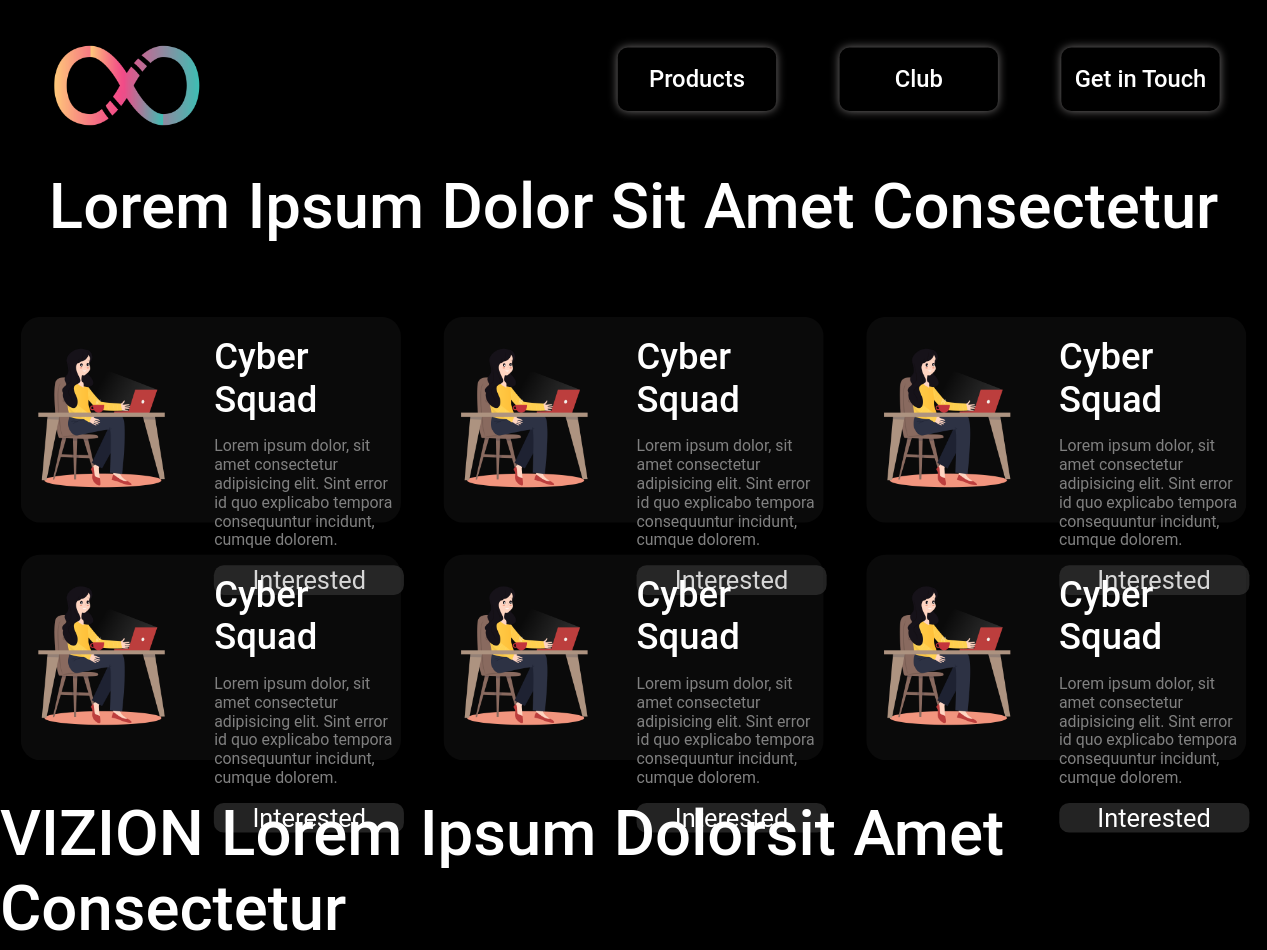
Repository: kapil4457/vizion-internship-project
Page: /
An editor plug-in stored every save of this project. The page is shown before and after the next save, followed by the edit.
The browser window is 1280 px wide. The pictures show the whole page, at 99% of full size.
The project was rebuilt for these pictures with package versions that can differ from the ones it lists, and the page was loaded fresh each time. Also part of the build but not shown: src/index.css.

Above is the page before, as saved 2022-10-29 10:31:54.

### public/index.html
<!DOCTYPE html>
<html lang="en">
  <head>
    <meta charset="utf-8" />
    <link rel="icon" href="%PUBLIC_URL%/favicon.ico" />
    <meta name="viewport" content="width=device-width, initial-scale=1" />
    <meta name="theme-color" content="#000000" />
    <meta
      name="description"
      content="Web site created using create-react-app"
    />
    <link rel="preconnect" href="https://fonts.googleapis.com">
    <link rel="apple-touch-icon" href="%PUBLIC_URL%/logo192.png" />
    <!--
      manifest.json provides metadata used when your web app is installed on a
      user's mobile device or desktop. See https://developers.google.com/web/fundamentals/web-app-manifest/
    -->
    <link rel="manifest" href="%PUBLIC_URL%/manifest.json" />
    <!--
      Notice the use of %PUBLIC_URL% in the tags above.
      It will be replaced with the URL of the `public` folder during the build.
      Only files inside the `public` folder can be referenced from the HTML.

      Unlike "/favicon.ico" or "favicon.ico", "%PUBLIC_URL%/favicon.ico" will
      work correctly both with client-side routing and a non-root public URL.
      Learn how to configure a non-root public URL by running `npm run build`.
    -->
    <title>React App</title>
  </head>
  <body>
    <noscript>You need to enable JavaScript to run this app.</noscript>
    <div id="root"></div>
    <!--
      This HTML file is a template.
      If you open it directly in the browser, you will see an empty page.

      You can add webfonts, meta tags, or analytics to this file.
      The build step will place the bundled scripts into the <body> tag.

      To begin the development, run `npm start` or `yarn start`.
      To create a production bundle, use `npm run build` or `yarn build`.
    -->
  </body>
</html>

### src/index.js
import React from 'react';
import ReactDOM from 'react-dom/client';
import './index.css';
import App from './App';
import reportWebVitals from './reportWebVitals';
import { BrowserRouter } from 'react-router-dom';
const root = ReactDOM.createRoot(document.getElementById('root'));
root.render(
  <BrowserRouter >
  <React.StrictMode>
    <App />
  </React.StrictMode>
  </BrowserRouter>
);

// If you want to start measuring performance in your app, pass a function
// to log results (for example: reportWebVitals(console.log))
// or send to an analytics endpoint. Learn more: https://bit.ly/CRA-vitals
reportWebVitals();

### src/App.js
import { Route, Routes } from 'react-router-dom';
import './App.css';
import Header from './components/Header/Header';
import Home from './components/Home/Home';

function App() {
  return (
   <>
<Header />
   <Routes>
<Route exact path='/' element={<Home />} />


   </Routes>



   </>
  );
}

export default App;

### src/App.css
*{
margin:0;
padding:0;
box-sizing: border-box;
font-family: 'Roboto', sans-serif;}

body{
  background-color: black;
  color : white;

}
a{
  text-decoration: none;;
  color:white;
}

.active{
  color:red;
}

body::-webkit-scrollbar {
  display: none;
}

### src/components/Header/Header.jsx
import React from "react";
import { NavLink } from "react-router-dom";
import Logo from "./logo.png";
import MenuIcon from "@mui/icons-material/Menu";
import "./Header.css";
const Header = () => {
  return (
    <div className="main-header">
      <NavLink to="/" className="left-header">
        <img src={Logo} alt="" />
      </NavLink>
      <div className="right-header">
        <NavLink to="/products">Products</NavLink>
        <NavLink to="/club">Club</NavLink>
        <NavLink to="/contact">Get in Touch</NavLink>
      </div>
      <div className="right-ham">
        <MenuIcon />
      </div>
    </div>
  );
};

export default Header;

### src/components/Home/Home.jsx
import React from "react";
import { data } from "../../item";
import "./Home.css";
import HomeCard from "./HomeCard";
const Home = () => {
  return (
    <div className="main-home">
      <h2 className="heading">Lorem ipsum dolor sit amet consectetur</h2>

      <div className="home-card-container">
        {data.map((item, key) => (
          <HomeCard item={item} key={key} />
        ))}
      </div>
      <h2 className="heading">VIZION Lorem Ipsum Dolorsit Amet Consectetur</h2>
    </div>
  );
};

export default Home;

### src/components/Header/Header.css
.main-header{
    height:10rem;
    /* border:1px solid white */
    display:flex;
    justify-content: space-between;
    align-items: center;
    padding:0rem 3rem
}

.main-header > .left-header >img{
    height:10rem;

}

.main-header > .right-header
{
    display:flex;
    gap:4rem;
    font-size:1.5rem;
    font-weight:550;
}

.main-header > .right-header>a{
    height:4rem;
    width:10rem;
    display:flex;
    justify-content: center;
   align-items: center;
   border-radius:10px;
   box-shadow: 0px 0px 10px rgba(243, 238, 238,0.5);
   transition: all 0.2s;
}
.main-header > .right-header>a:hover{

    box-shadow: 0px 0px 20px rgba(243, 238, 238,0.5);
    transform: scale(1.01);
   }

   .right-ham{
    display: none;
   }
   .right-ham>svg{

    font-size:3rem;

   }


   @media (min-width:768px){
    .right-header{
        display:flex;
    }
    .right-ham{
        display:none;
    }
   }

### src/item.js
export const data = [
    {
        title : "Cyber Squad",
        description : "Lorem ipsum dolor, sit amet consectetur adipisicing elit. Sint error id quo explicabo tempora consequuntur incidunt, cumque dolorem.        "
    },
    {
        title : "Cyber Squad",
        description : "Lorem ipsum dolor, sit amet consectetur adipisicing elit. Sint error id quo explicabo tempora consequuntur incidunt, cumque dolorem.        "
    },
    {
        title : "Cyber Squad",
        description : "Lorem ipsum dolor, sit amet consectetur adipisicing elit. Sint error id quo explicabo tempora consequuntur incidunt, cumque dolorem.        "
    },
    {
        title : "Cyber Squad",
        description : "Lorem ipsum dolor, sit amet consectetur adipisicing elit. Sint error id quo explicabo tempora consequuntur incidunt, cumque dolorem.        "
    },
    {
        title : "Cyber Squad",
        description : "Lorem ipsum dolor, sit amet consectetur adipisicing elit. Sint error id quo explicabo tempora consequuntur incidunt, cumque dolorem.        "
    },
    {
        title : "Cyber Squad",
        description : "Lorem ipsum dolor, sit amet consectetur adipisicing elit. Sint error id quo explicabo tempora consequuntur incidunt, cumque dolorem.        "
    }
]

### src/components/Home/Home.css
.main-home{
    color:white;
    width:100%;
    display: flex;
    flex-direction: column;
    gap:4rem;
    margin-bottom: 2rem;
}

.main-home > h2{
    width:100%;
    height:6rem;
    display: flex;
    justify-content: center;
    align-items:center;
    font-size:4rem;
    word-spacing: 0.1rem;
    font-weight:450;
    text-transform: capitalize;

}


.main-home > .home-card-container{
    display:grid;
    grid-template-columns: 1fr 1fr 1fr;
    row-gap: 2rem;
    place-items: center;
}

### src/components/Home/HomeCard.jsx
import React from "react";
import "./HomeCard.css";
import Image from "./cardImage.png";
const HomeCard = ({ item }) => {
  return (
    <div className="home-card">
      <img src={Image} alt="" />
      <div className="card-info">
        <h2>{item.title}</h2>
        <p>{item.description}</p>
        <button>Interested</button>
      </div>
    </div>
  );
};

export default HomeCard;

### src/components/Home/HomeCard.css
.home-card{
    width:90%;
    height:13rem;
    display:flex;
    gap:1rem;
    padding-top:1rem;
    background-color: rgba(51, 50, 50, 0.2);
    border-radius: 20px;
    border:3px solid rgba(51, 50, 50, 0.0);
    transition: all 0.4s;

}
.home-card:hover{
    border:3px solid blue;
}
.home-card>img{
    height:10rem;

}
.home-card > .card-info{
    display:flex;
    flex-direction: column;
    gap:1rem;
    padding:0 1rem;
    align-items: center;

}
.home-card > .card-info > h2{
    font-size: 2.3rem;
    font-weight: 450;
}
.home-card > .card-info > p{
    color:gray
}
.home-card > .card-info > button{
    background-color: rgba(51, 50, 50, 0.7);
    border:none;
    outline:none;
    width:12rem;
    border-radius: 10px;
    font-size:1.6rem;
    color:white;
    height:3rem;
    transition: all 0.4s;
    cursor:pointer;
}
.home-card > .card-info > button:hover{

    background-color: rgba(51, 50, 50, 0.9);
}

Loaded but not shown: src/reportWebVitals.js (common file)

After the next save:
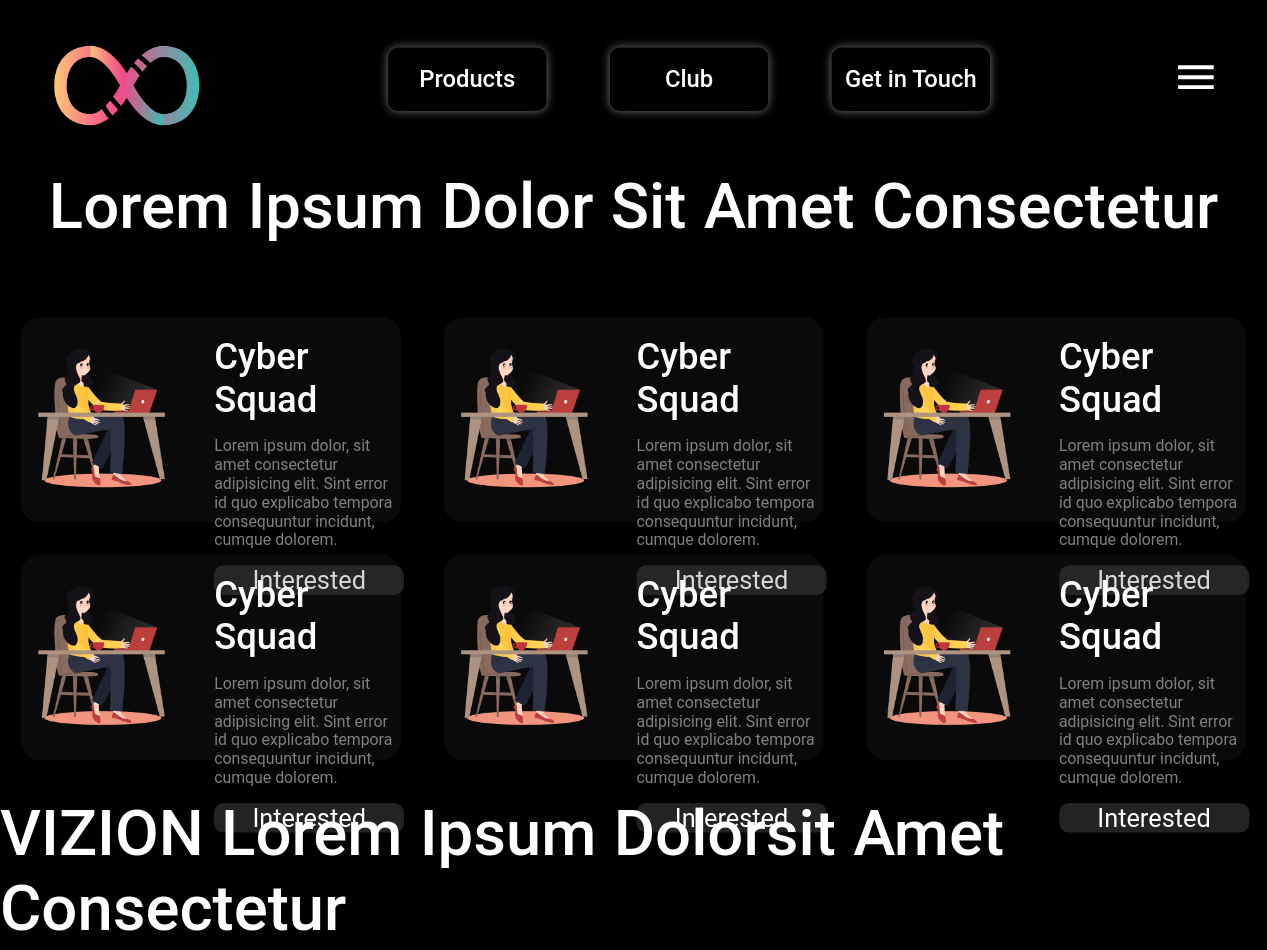
Saved 13 s later.
--- a/src/components/Header/Header.css
+++ b/src/components/Header/Header.css
@@ -48,9 +48,9 @@
 
    @media (min-width:768px){
     .right-header{
-        display:flex;
+        display:none;
     }
     .right-ham{
-        display:none;
+        display:block;
     }
    }
